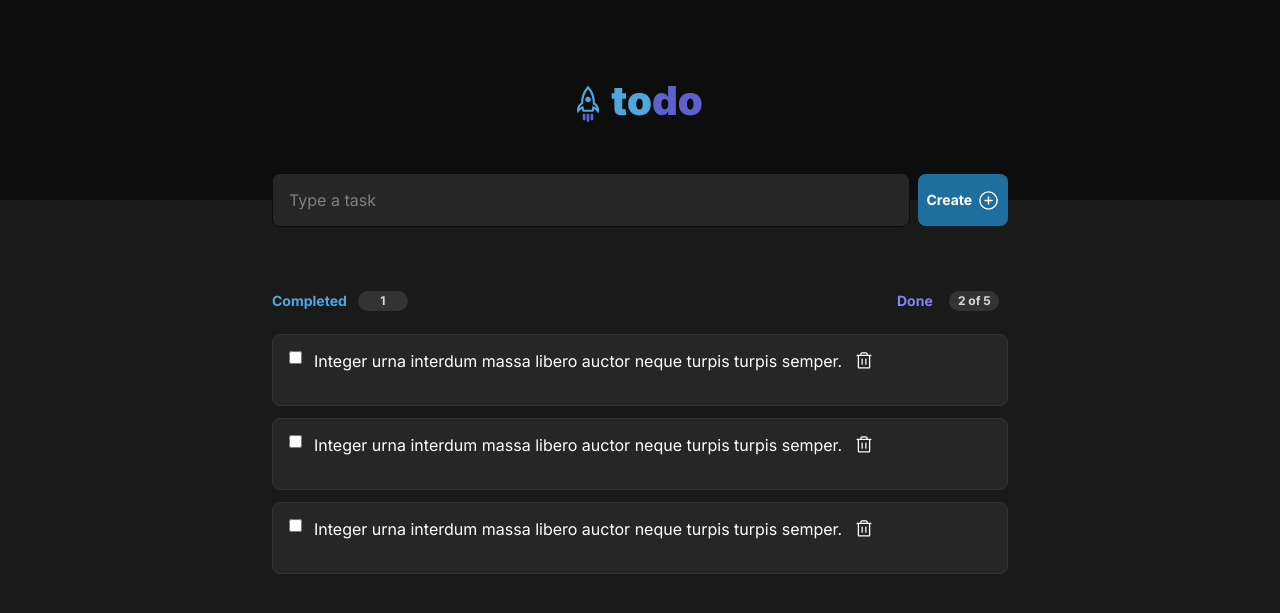
Repository: JoseGu1llardi/to-do-list-D01
Page: /
The author's editor kept a copy of each file at every save. The page is drawn from the files as they stood at one save, then again after the next save.
The browser window is 1280 px wide. The pictures show the whole page.
The project was rebuilt for these pictures with package versions that can differ from the ones it lists, and the page was loaded fresh each time. Also part of the build but not shown: vite.config.ts.

Above is the page before, as saved 2023-03-11 21:17:32.

After the next save:
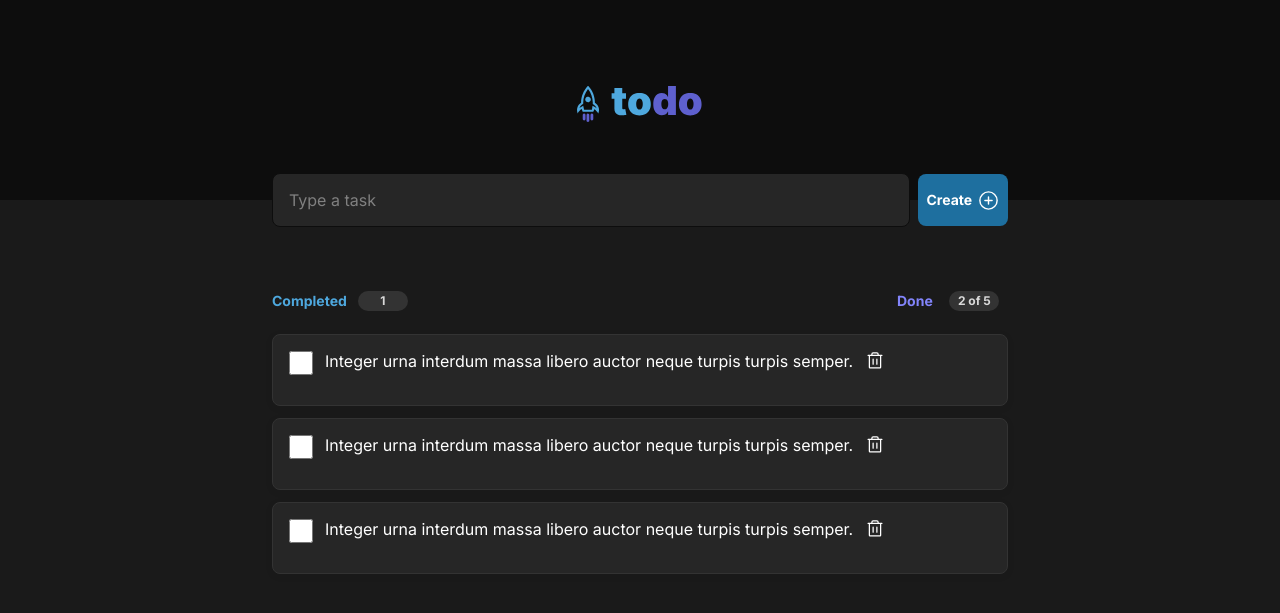
Saved 2 min 55 s later.
--- a/src/components/Task/styles.module.css
+++ b/src/components/Task/styles.module.css
@@ -24,3 +24,14 @@
   align-self: stretch;
   flex-grow: 0;
 }
+
+.task input {
+  width: 24px;
+  height: 24px;
+
+  /* Inside auto layout */
+
+  flex: none;
+  order: 0;
+  flex-grow: 0;
+}
